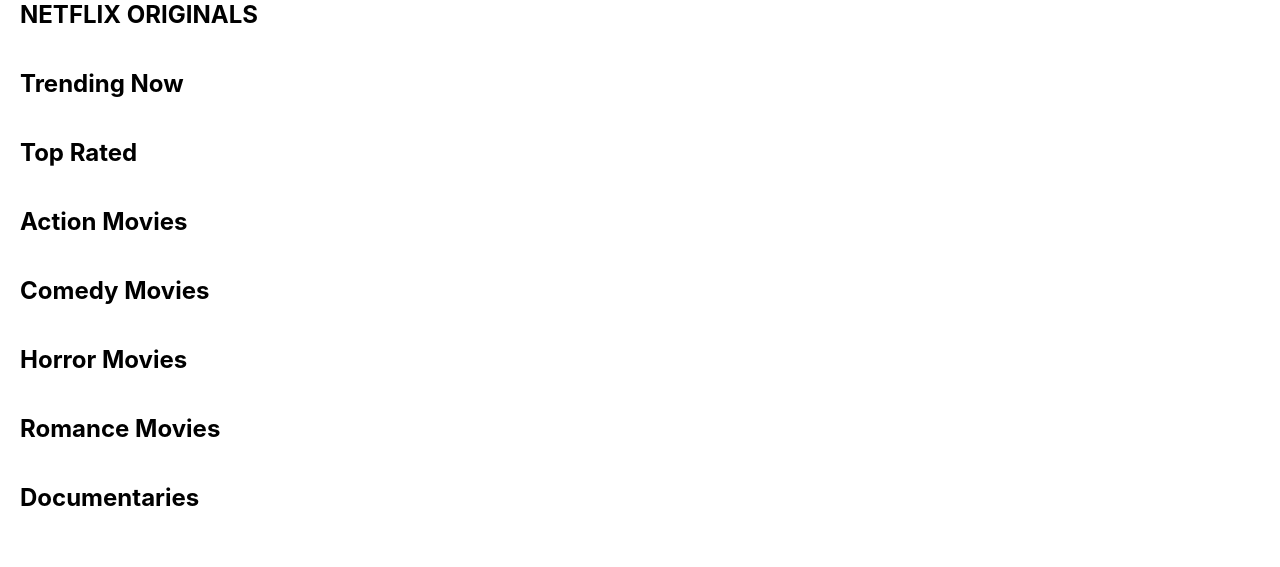
Repository: digiangler/netflix-clone
Page: /
An editor plug-in stored every save of this project. The page is shown before and after the next save, followed by the edit.
The browser window is 1280 px wide. The pictures show the whole page.
Pictures or frames that could not be fetched are drawn as grey boxes. The page's requests for data from a server got no answer. The project was rebuilt for these pictures with package versions that can differ from the ones it lists, and the page was loaded fresh each time. No one was signed in, and anything a server would have sent is missing.

Above is the page before, as saved 2020-09-19 00:58:32.

After the next save:
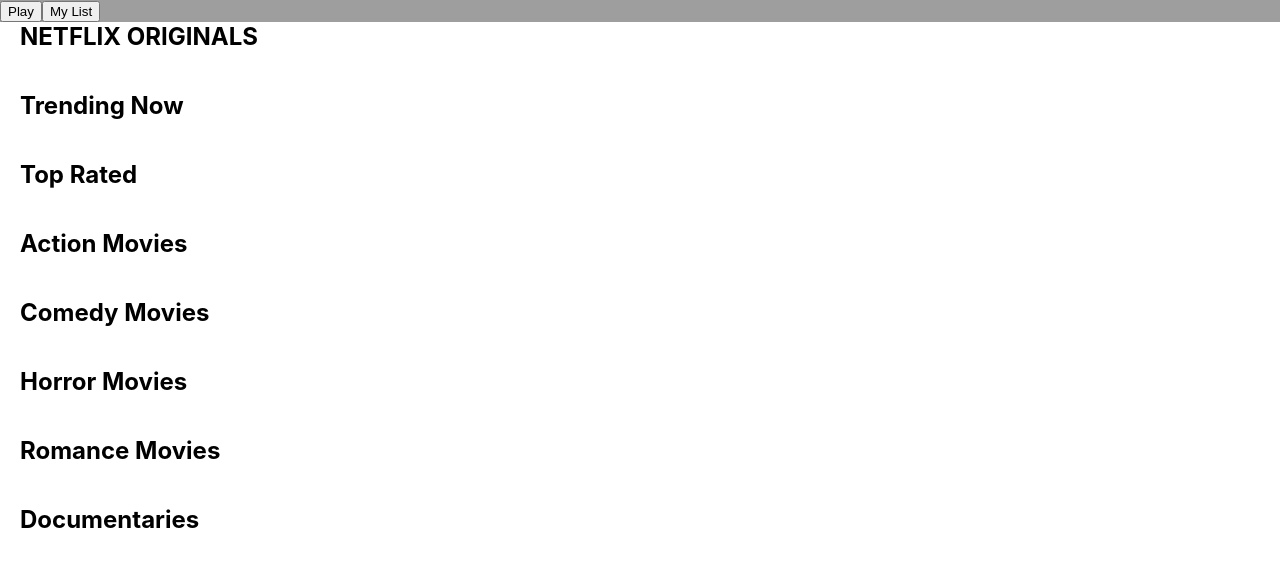
Saved 3 min 52 s later.
--- a/src/Banner.js
+++ b/src/Banner.js
@@ -33,8 +33,11 @@
       }}
     >
       <div className='banner__contents'>
-        {/* title */}
         <h1>{movie?.title || movie?.name || movie?.original_name}</h1>
+        <div className='banner__button'>
+          <button className='banner_button'>Play</button>
+          <button className='banner_button'>My List</button>
+        </div>
         {/* div > 2 button */}
         {/* description */}
       </div>
